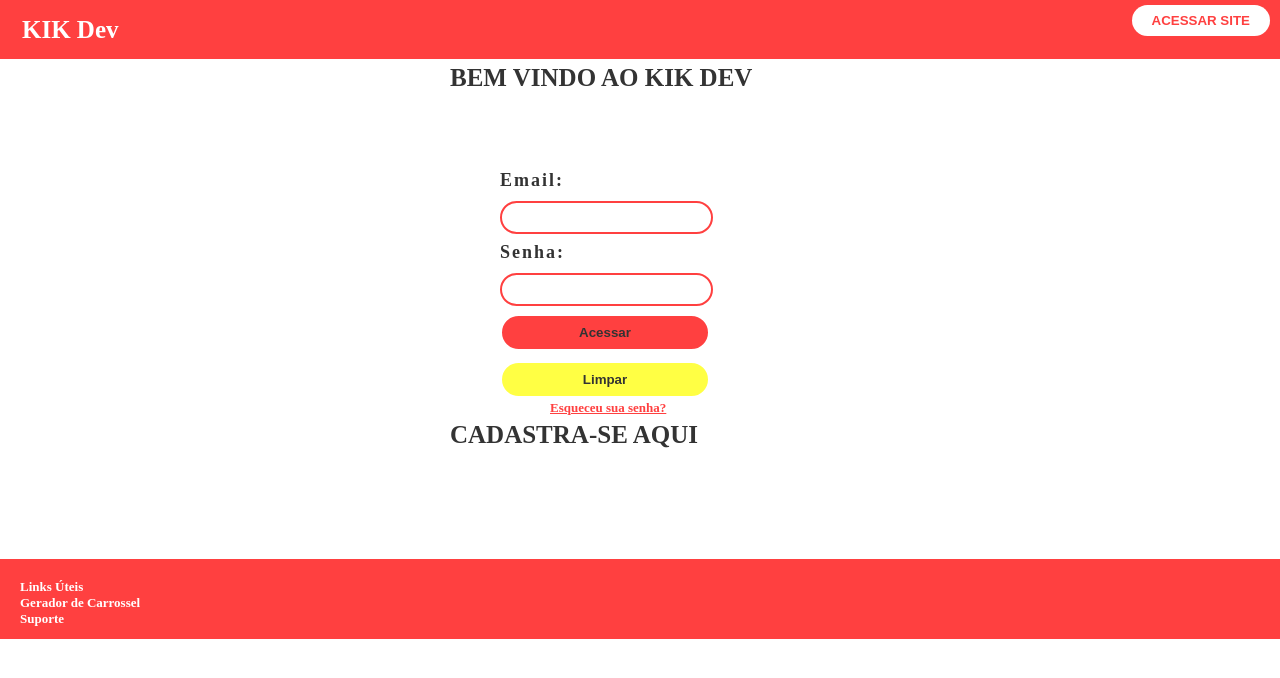
Repository: devgabrielvieira/kikdev
Page: index.html
The author's editor kept a copy of each file at every save. The page is drawn from the files as they stood at one save, then again after the next save.
The browser window is 1280 px wide. The pictures show the whole page.

Above is the page before, as saved 2022-10-30 20:49:10.

### index.html
<!DOCTYPE html>
<html lang="pt-br">

<head>
    <meta charset="UTF-8">
    <meta http-equiv="X-UA-Compatible" content="IE=edge">
    <meta name="viewport" content="width=device-width, initial-scale=1.0">
    <link rel="shortcut icon" href="imagens/favicon.ico" type="image/x-icon">
    <link rel="stylesheet" href="style.css">
    <link rel="stylesheet" href="style-mobile.css">
    <script src="script_processo.js"></script>
    <title>KIK Dev</title>

</head>

<body id="pag_processos" onload="dimensaoTela()">

    <div class="header-index">
        <a href="#Default" class="logo">KIK Dev</a>

        <button type="submit" name="name" class="button-right"><strong>ACESSAR SITE</strong></a></button>

    </div>

    <div class="conteudo">
        <!--abrimos a div conteúdo-->

        <h3>BEM VINDO AO KIK DEV</h3>
        <div class="login">
            <label for="username">Email:</label>
            <input type="text" id="username" name="username">
            <label for="pass">Senha:</label>
            <input type="password" id="pass" name="password" minlength="8" required>
            <input class="btn-acessar" type="submit" value="Acessar">
            <input class="btn-limpar" type="reset" value="Limpar">
        </div>
        <a href="recuperar-senha.html" target="_self" rel="next" class="href">Esqueceu sua senha?</a>

    <h3>CADASTRA-SE AQUI</h3>
    </div>
    <!--aqui fechamos a div conteudo-->

    <footer class="footer">
        <strong>
            <p>Links Úteis</p>
        </strong>
        <strong>
            <p>Gerador de Carrossel</p>
        </strong>
        <strong>
            <p>Suporte</p>
        </strong>
    </footer>

</body>

</html>

### style.css
@charset "UTF-8";

* {
  margin: 0;
  padding: 0;
}

html {
  margin: 0;
  padding: 0;
}

.header {
  overflow: hidden;
  background-color: #ff4040;
  padding: 20px 10px;
}

.header a {
  float: left;
  color: #fff;
  text-align: center;
  padding: 12px;
  text-decoration: none;
  font-size: 18px;
  line-height: 25px;
  border-radius: 4px;
}

.header a.logo {
  font-size: 25px;
  font-weight: bold;
}

.header a:hover {
  background-color: #ddd;
  color: #333333;
}

.header a.active {
  background-color: #d8d7d7;
  color: #fff;
}

.header-right {
  float: right;
}

.button-right {
  float: right;
  padding: 8px 20px;
  border: #d8d7d7;
  border-radius: 50px;
  color: #ff4040;
  background-color: #fff;
}

.header-index {
  overflow: hidden;
  background-color: #ff4040;
  padding: 5px 10px;
}

.header-index a {
  float: left;
  color: #fff;
  text-align: center;
  padding: 12px;
  text-decoration: none;
  font-size: 18px;
  line-height: 25px;
  border-radius: 4px;
}

.header-index a.logo {
  font-size: 25px;
  font-weight: bold;
}

.header-index a:hover {
  background-color: #ddd;
  color: #333333;
}

.header-index a.active {
  background-color: #d8d7d7;
  color: #fff;
}

.conteudo {
  width: 100%;
  height: 450px;
  overflow: hidden;
  background-color: #fff;
}

/* .conteudo img {
    width: 100%;
    background-color: #fff;
    margin: 2px 0 0 0;
    padding: 0;
    position: relative;
    height: 15.5rem;
} */

.footer {
  width: auto;
  background-color: #ff4040;
  padding: 20px 10px;
  position: relative;
  height: 2.5rem;
  bottom: -50px;
}

p {
  font-size: 13px;
  margin: 0 0 0 10px;
  float: none;
  overflow: hidden;
  color: #fff;
}

label {
  margin: 10px 50px 0 500px;
  display: block;
  letter-spacing: 2px;
  font-size: 18px;
  color: #333333;
  margin-bottom: 3px;
  font-weight: bold;
}

input[type="submit"],
label {
  margin: 5px 50px 0 500px;
  margin-top: 0.5rem;
  color: #333333;
}

input {
  margin: 10px 50px 0 500px;
  caret-color: #222;
  color: #333333;
  border: 2px solid #ff4040;
  border-radius: 36px;
  padding: 7px 15px;
  text-align: center;
  font-weight: bold;
}

input:hover {
  border: 2px solid #a0a0a0;
}

.login {
  margin: 80px 0 0 0;
  width: -100%;
}

.btn-acessar {
  margin: 10px 50px 0 500px;
  background: #ff4040;
  border: 2px solid #fff;
  padding: 9px 15px;
  width: 210px;
  max-width: 100%;
}

.btn-limpar {
  margin: 10px 50px 0 500px;
  background: #ff4;
  border: 2px solid #fff;
  padding: 9px 15px;
  width: 210px;
  max-width: 100%;
}

.href {
  margin: 10px 50px 0 500px;
  padding: 19px 50px;
  font-size: 13px;
  font-weight: bold;
  color: #ff4040;
  text-align: center;
  max-width: 100%;
}

h3 {
  font-size: 25px;
  width: 100%;
  display: inline-block;
  /* margin: 5px 0 auto 450px; */
  margin-top: 5px;
  margin-left: 450px;
  margin-bottom: -500px;
  color: #333333;
}

### style-mobile.css
@charset "UTF-8";

@media screen and (max-width: 1200px) {
  * {
    margin: 0;
    padding: 0;
  }

  html {
    margin: 0;
    padding: 0;
  }

  .header-index {
    overflow: hidden;
    background-color: #ff4040;
    padding: 10px 15px;
    height: 5.5rem;
    width: 100%;
  }

  .header a {
    float: none;
    display: block;
    text-align: left;
  }

  .header-index a {
    float: none;
    display: block;
    text-align: left;
  }

  .header-right {
    float: none;
  }

  .button-right {
    float: none;
  }

  .footer {
    float: none;
    bottom: -280px;
    overflow: hidden;
    padding: 10px 15px;
    height: 5.5rem;
    width: 100%;
  }

  /* .conteudo img {
        float: none;
        display: block;
        position: absolute;
        width: 100%;
        background-color: #fff;
        margin: 2px 0 0 0;
        height: 10rem;
    } */

  .login {
    width: 50%;
    display: inline-block;
  }

  label {
    margin-left: 50%;
    margin-bottom: 3px;
    display: block;
    letter-spacing: 2px;
    font-size: 18px;
    color: #333333;
    font-weight: bold;
  }

  input[type="submit"],
  label {
    margin-left: 50%;
    margin-top: 0.5rem;
    color: #333333;
  }

  input {
    margin-left: 50%;
    caret-color: #222;
    color: #333333;
    border: 2px solid #ff4040;
    border-radius: 36px;
    padding: 7px 15px;
    text-align: center;
    font-weight: bold;
  }

  input:hover {
    border: 2px solid #a0a0a0;
  }

  .href {
    margin-left: 30%;
    font-size: 13px;
    font-weight: bold;
    color: #ff4040;
    text-align: center;
    width: 100%;
    padding: 2rem;
  }

  .btn-acessar {
    margin-left: 50%;
    margin-right: 50%;
    background: #ff4040;
    border: 2px solid #fff;
    padding: 9px 15px;
    width: 210px;
    max-width: 100%;
  }

  .btn-limpar {
    margin-left: 50%;
    margin-right: 50%;
    background: #ff4;
    border: 2px solid #fff;
    padding: 9px 15px;
    width: 210px;
    max-width: 100%;
  }

  h3 {
    font-size: 25px;
    width: 100%;
    display: inline-block;
    margin-bottom: 0.1rem;
    margin-left: 15%;
    color: #333333;

  }
}

### script_processo.js
function dimensaoTela(){
    var heightTela = window.innerHeight;
    var widthTela = window.innerWidth;

    document.getElementById('pag_processos').style.minHeight = heightTela+'px';
}

After the next save:
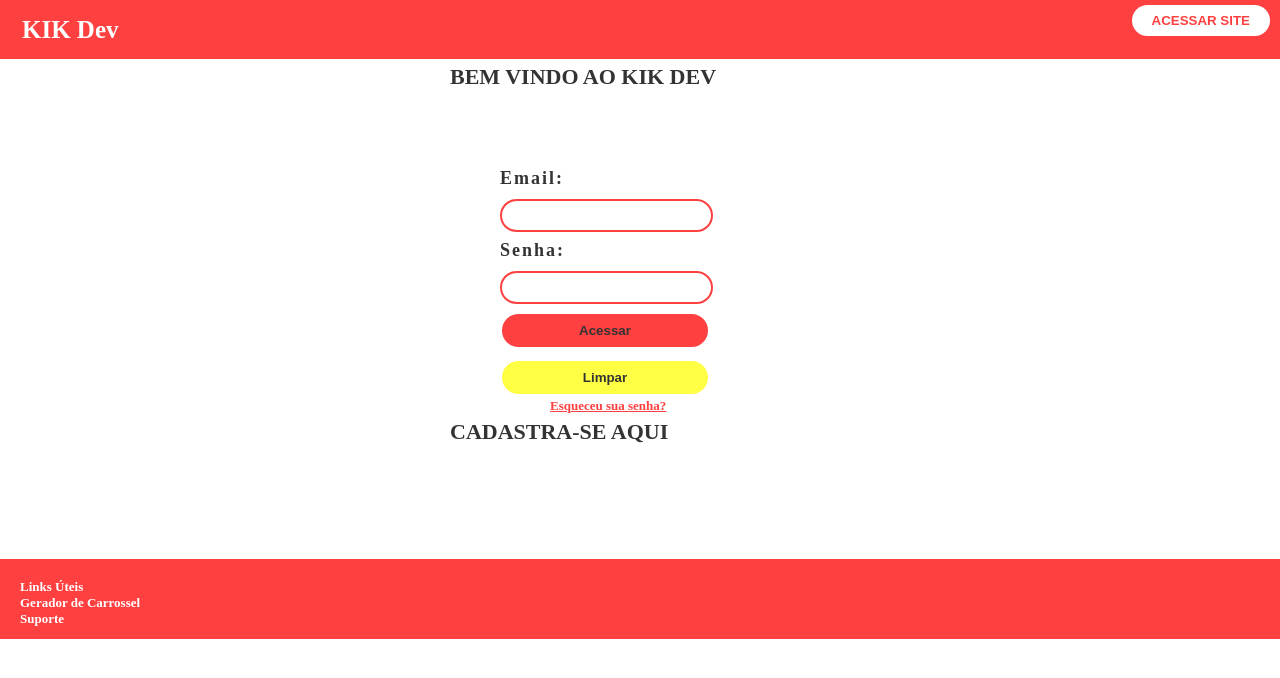
Saved 7 s later.
--- a/style.css
+++ b/style.css
@@ -186,7 +186,7 @@ input:hover {
 }
 
 h3 {
-  font-size: 25px;
+  font-size: 22px;
   width: 100%;
   display: inline-block;
   /* margin: 5px 0 auto 450px; */
